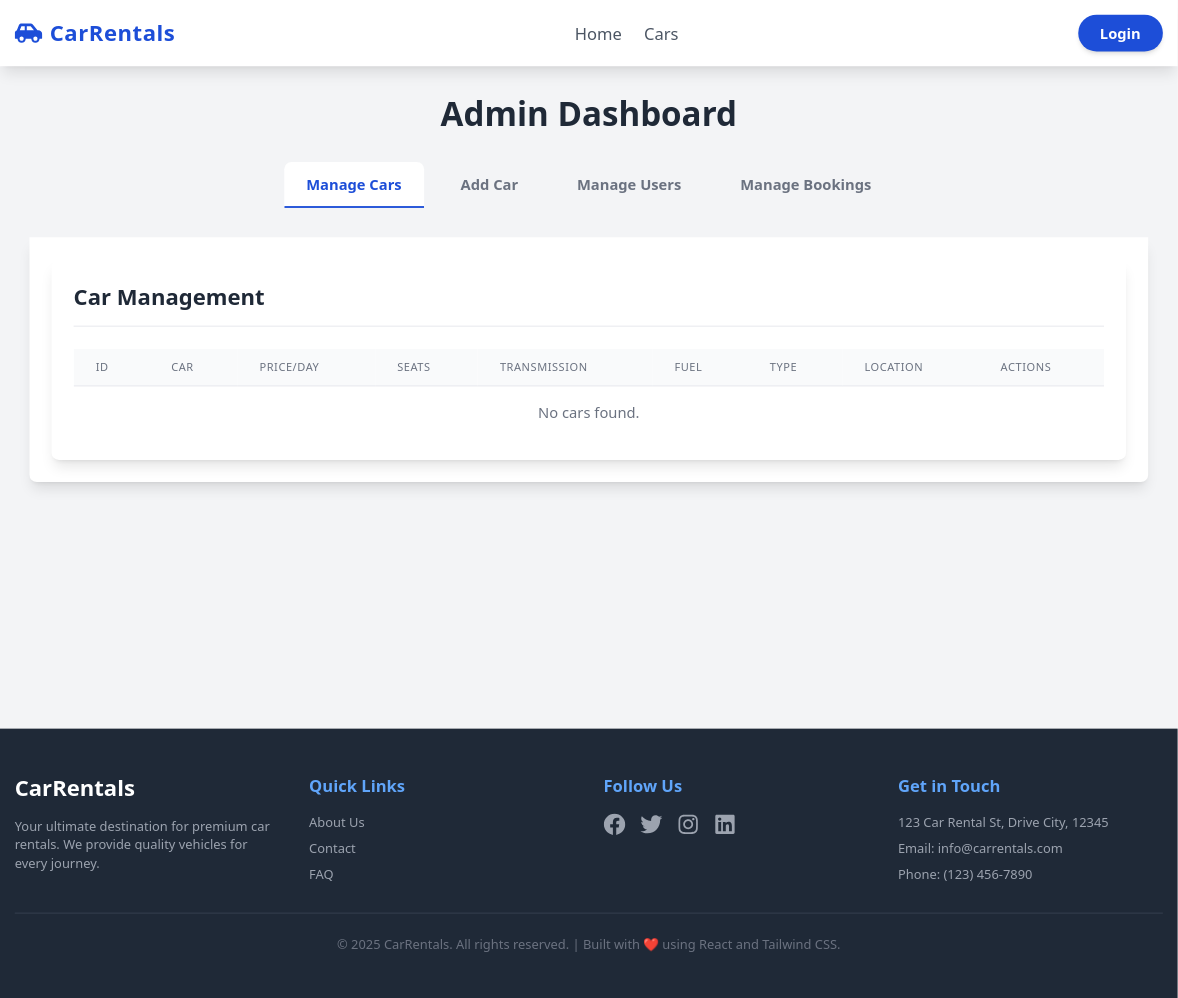
Repository: Daehy-peels/car-rental-app
Page: /admin (app in client/)
An editor plug-in stored every save of this project. The page is shown before and after the next save, followed by the edit.
The browser window is 1280 px wide. The pictures show the whole page, at 92% of full size.
The page's requests for data from a server got no answer. The project was rebuilt for these pictures with package versions that can differ from the ones it lists, and the page was loaded fresh each time. No one was signed in, and anything a server would have sent is missing. Also part of the build but not shown: client/vite.config.js, client/src/components/Hero.jsx, client/src/components/CarCard.jsx, client/src/components/FeaturedCars.jsx, client/src/components/Testimonials.jsx, client/src/components/CallToAction.jsx, client/src/pages/HomePage.jsx, client/src/components/UserList.jsx and 13 more.

Above is the page before, as saved 2025-08-25 12:32:01.

### client/src/main.jsx
// src/main.jsx
import React from "react";
import ReactDOM from "react-dom/client";
import App from "./App.jsx";
import { BrowserRouter } from "react-router-dom";

ReactDOM.createRoot(document.getElementById("root")).render(
  <React.StrictMode>
    <BrowserRouter>
      <App />
    </BrowserRouter>
  </React.StrictMode>
);

### client/src/App.jsx
// src/App.jsx
import React, { useState } from "react";
import { Routes, Route } from "react-router-dom";
import HomePage from "./pages/HomePage";
import AdminDashboard from "./pages/AdminDashboard";
import BookingPage from "./pages/BookingPage";
import CarsPage from "./pages/CarsPage";
import ProfilePage from "./pages/ProfilePage";
import BookingDetailPage from "./pages/BookingDetailPage";
import CarDetailPage from "./pages/CarDetailPage";
import AdminNavbar from "./components/AdminNavbar";
import Navbar from "./components/Navbar";
import Footer from "./components/Footer";
import Modal from "./components/Modal";
import LoginForm from "./components/LoginForm";
import RegisterForm from "./components/RegisterForm";
import mainCarImage from "./assets/hero.jpg";
import { ToastContainer } from "react-toastify";
import "react-toastify/dist/ReactToastify.css";
import "./index.css";

function App() {
  const [showAuthModal, setShowAuthModal] = useState(false);
  const [isLoginView, setIsLoginView] = useState(true);
  const [currentUser, setCurrentUser] = useState(null);

  const handleOpenAuthModal = () => {
    setShowAuthModal(true);
  };

  const handleCloseAuthModal = () => {
    setShowAuthModal(false);
  };

  const handleLoginSuccess = (user) => {
    setCurrentUser(user);
    setShowAuthModal(false);
  };

  const handleRegistrationSuccess = (user) => {
    setIsLoginView(true);
  };

  const handleLogout = () => {
    setCurrentUser(null);
  };

  return (
    <div className="flex flex-col min-h-screen bg-background">
      <Navbar
        onAuthClick={handleOpenAuthModal}
        currentUser={currentUser}
        onLogout={handleLogout}
      />
      <div className="flex-grow">
        <Routes>
          <Route
            path="/"
            element={
              <HomePage
                onAuthClick={handleOpenAuthModal}
                currentUser={currentUser}
              />
            }
          />
          <Route
            path="/cars"
            element={
              <CarsPage
                onAuthClick={handleOpenAuthModal}
                currentUser={currentUser}
              />
            }
          />
          {/* Corrected route to use the dedicated CarDetailPage component */}
          <Route
            path="/cars/:carId"
            element={
              <CarDetailPage
                onAuthClick={handleOpenAuthModal}
                currentUser={currentUser}
              />
            }
          />
          <Route
            path="/book/:carId"
            element={<BookingPage currentUser={currentUser} />}
          />
          <Route
            path="/profile"
            element={
              <ProfilePage
                currentUser={currentUser}
                setCurrentUser={setCurrentUser}
              />
            }
          />
          <Route
            path="/profile/bookings/:bookingId"
            element={<BookingDetailPage currentUser={currentUser} />}
          />
          <Route path="/admin" element={<AdminDashboard />} />
        </Routes>
      </div>
      <Footer />
      {showAuthModal && (
        <Modal onClose={handleCloseAuthModal}>
          <div className="flex flex-col md:flex-row bg-white rounded-lg overflow-hidden">
            <div className="p-8 md:p-10 w-full md:w-1/2 flex items-center justify-center">
              <div className="max-w-md mx-auto">
                <h1 className="text-3xl font-bold text-text mb-6 text-center">
                  {isLoginView ? "Log In" : "Create an Account"}
                </h1>
                {isLoginView ? (
                  <LoginForm onLoginSuccess={handleLoginSuccess} />
                ) : (
                  <RegisterForm
                    onRegistrationSuccess={handleRegistrationSuccess}
                  />
                )}
                <div className="text-center mt-6">
                  <button
                    onClick={() => setIsLoginView(!isLoginView)}
                    className="text-primary hover:underline"
                  >
                    {isLoginView
                      ? "Need an account? Register here."
                      : "Already have an account? Log in here."}
                  </button>
                </div>
              </div>
            </div>
            <div className="hidden md:block md:w-1/2">
              <img
                src={mainCarImage}
                alt="A stylish car"
                className="object-cover w-full h-full"
              />
            </div>
          </div>
        </Modal>
      )}
      <ToastContainer
        position="top-center"
        autoClose={3000}
        hideProgressBar={false}
        newestOnTop={false}
        closeOnClick
        rtl={false}
        pauseOnFocusLoss
        draggable
        pauseOnHover
      />
    </div>
  );
}

export default App;

### client/src/pages/AdminDashboard.jsx
// src/pages/AdminDashboard.jsx
import React, { useState } from "react";
import UserList from "../components/UserList";
import CarList from "../components/CarList";
import AddCarForm from "../components/AddCarForm";
import BookingList from "../components/BookingList"; // Import the new component

const AdminDashboard = () => {
  const [activeTab, setActiveTab] = useState("cars");

  const renderContent = () => {
    switch (activeTab) {
      case "cars":
        return <CarList />;
      case "addCar":
        return <AddCarForm />;
      case "users":
        return <UserList />;
      case "bookings": // New case for bookings
        return <BookingList />;
      default:
        return null;
    }
  };

  return (
    <div className="bg-gray-100 min-h-screen p-8">
      <div className="container mx-auto">
        <h1 className="text-4xl font-bold text-center text-gray-800 mb-8">
          Admin Dashboard
        </h1>

        {/* Tab Navigation */}
        <div className="flex justify-center space-x-4 mb-8">
          <button
            onClick={() => setActiveTab("cars")}
            className={`py-3 px-6 rounded-t-lg font-semibold transition-colors ${
              activeTab === "cars"
                ? "bg-white text-primary border-b-2 border-primary"
                : "text-gray-500 hover:text-gray-700"
            }`}
          >
            Manage Cars
          </button>
          <button
            onClick={() => setActiveTab("addCar")}
            className={`py-3 px-6 rounded-t-lg font-semibold transition-colors ${
              activeTab === "addCar"
                ? "bg-white text-primary border-b-2 border-primary"
                : "text-gray-500 hover:text-gray-700"
            }`}
          >
            Add Car
          </button>
          <button
            onClick={() => setActiveTab("users")}
            className={`py-3 px-6 rounded-t-lg font-semibold transition-colors ${
              activeTab === "users"
                ? "bg-white text-primary border-b-2 border-primary"
                : "text-gray-500 hover:text-gray-700"
            }`}
          >
            Manage Users
          </button>
          <button
            onClick={() => setActiveTab("bookings")} // New button for bookings
            className={`py-3 px-6 rounded-t-lg font-semibold transition-colors ${
              activeTab === "bookings"
                ? "bg-white text-primary border-b-2 border-primary"
                : "text-gray-500 hover:text-gray-700"
            }`}
          >
            Manage Bookings
          </button>
        </div>

        {/* Content based on active tab */}
        <div className="bg-white rounded-b-lg shadow-lg p-6">
          {renderContent()}
        </div>
      </div>
    </div>
  );
};

export default AdminDashboard;

### client/src/components/Footer.jsx
// src/components/Footer.jsx
import React from "react";
import { FaFacebook, FaTwitter, FaInstagram, FaLinkedin } from "react-icons/fa";

const Footer = () => {
  return (
    // Removed the mt-12 class
    <footer className="bg-text text-white py-12">
      <div className="container mx-auto px-4 text-center md:text-left">
        <div className="grid grid-cols-1 md:grid-cols-4 gap-8">
          {/* Logo and About Section */}
          <div className="col-span-1">
            <p className="text-2xl font-bold mb-4">CarRentals</p>
            <p className="text-sm text-gray-400">
              Your ultimate destination for premium car rentals. We provide
              quality vehicles for every journey.
            </p>
          </div>

          {/* Quick Links */}
          <div className="col-span-1">
            <h4 className="text-lg font-semibold mb-4 text-accent">
              Quick Links
            </h4>
            <ul className="space-y-2 text-sm">
              <li>
                <a
                  href="#"
                  className="text-gray-400 hover:text-white transition-colors"
                >
                  About Us
                </a>
              </li>
              <li>
                <a
                  href="#"
                  className="text-gray-400 hover:text-white transition-colors"
                >
                  Contact
                </a>
              </li>
              <li>
                <a
                  href="#"
                  className="text-gray-400 hover:text-white transition-colors"
                >
                  FAQ
                </a>
              </li>
            </ul>
          </div>

          {/* Social Media Links */}
          <div className="col-span-1">
            <h4 className="text-lg font-semibold mb-4 text-accent">
              Follow Us
            </h4>
            <div className="flex justify-center md:justify-start space-x-4">
              <a
                href="#"
                className="text-gray-400 hover:text-white transition-colors transform hover:scale-110"
              >
                <FaFacebook size={24} />
              </a>
              <a
                href="#"
                className="text-gray-400 hover:text-white transition-colors transform hover:scale-110"
              >
                <FaTwitter size={24} />
              </a>
              <a
                href="#"
                className="text-gray-400 hover:text-white transition-colors transform hover:scale-110"
              >
                <FaInstagram size={24} />
              </a>
              <a
                href="#"
                className="text-gray-400 hover:text-white transition-colors transform hover:scale-110"
              >
                <FaLinkedin size={24} />
              </a>
            </div>
          </div>

          {/* Contact Info */}
          <div className="col-span-1">
            <h4 className="text-lg font-semibold mb-4 text-accent">
              Get in Touch
            </h4>
            <p className="text-sm text-gray-400">
              123 Car Rental St, Drive City, 12345
            </p>
            <p className="text-sm text-gray-400 mt-2">
              Email: info@carrentals.com
            </p>
            <p className="text-sm text-gray-400 mt-2">Phone: (123) 456-7890</p>
          </div>
        </div>

        <div className="border-t border-gray-700 mt-8 pt-6">
          <p className="text-sm text-gray-500 text-center">
            &copy; {new Date().getFullYear()} CarRentals. All rights reserved. |
            Built with ❤️ using React and Tailwind CSS.
          </p>
        </div>
      </div>
    </footer>
  );
};

export default Footer;

### client/src/index.css
/* client/src/index.css */
@tailwind base;
@tailwind components;
@tailwind utilities;

### client/src/components/AdminNavbar.jsx
// src/components/AdminNavbar.jsx
import React from "react";
import { Link, NavLink } from "react-router-dom";
import { FaCar, FaUsers, FaClipboardList, FaSignOutAlt } from "react-icons/fa";

const AdminNavbar = ({ currentUser, onLogout }) => {
  return (
    <nav className="bg-gray-800 text-white shadow-lg sticky top-0 z-50">
      <div className="container mx-auto px-4 py-3 flex justify-between items-center">
        <div className="flex items-center space-x-4">
          <Link to="/admin" className="text-xl font-bold tracking-wide">
            Admin Dashboard
          </Link>
          <div className="hidden md:flex items-center space-x-6">
            <NavLink
              to="/admin/cars"
              className={({ isActive }) =>
                `flex items-center space-x-1 hover:text-primary transition-colors ${
                  isActive ? "text-primary" : ""
                }`
              }
            >
              <FaCar />
              <span>Cars</span>
            </NavLink>
            <NavLink
              to="/admin/users"
              className={({ isActive }) =>
                `flex items-center space-x-1 hover:text-primary transition-colors ${
                  isActive ? "text-primary" : ""
                }`
              }
            >
              <FaUsers />
              <span>Users</span>
            </NavLink>
            <NavLink
              to="/admin/bookings"
              className={({ isActive }) =>
                `flex items-center space-x-1 hover:text-primary transition-colors ${
                  isActive ? "text-primary" : ""
                }`
              }
            >
              <FaClipboardList />
              <span>Bookings</span>
            </NavLink>
          </div>
        </div>
        <div className="flex items-center space-x-4">
          <span className="text-sm font-medium text-gray-300">
            {currentUser?.username}
          </span>
          <button
            onClick={onLogout}
            className="flex items-center space-x-1 bg-red-500 hover:bg-red-600 px-3 py-1 rounded-md transition-colors"
          >
            <FaSignOutAlt />
            <span>Logout</span>
          </button>
        </div>
      </div>
    </nav>
  );
};

export default AdminNavbar;

Loaded but not shown: client/index.html (common file); client/src/services/api.js (336 lines, source omitted); client/tailwind.config.js (63 lines, source omitted); client/src/components/CarList.jsx (269 lines, source omitted); client/src/components/Navbar.jsx (174 lines, source omitted)

After the next save:
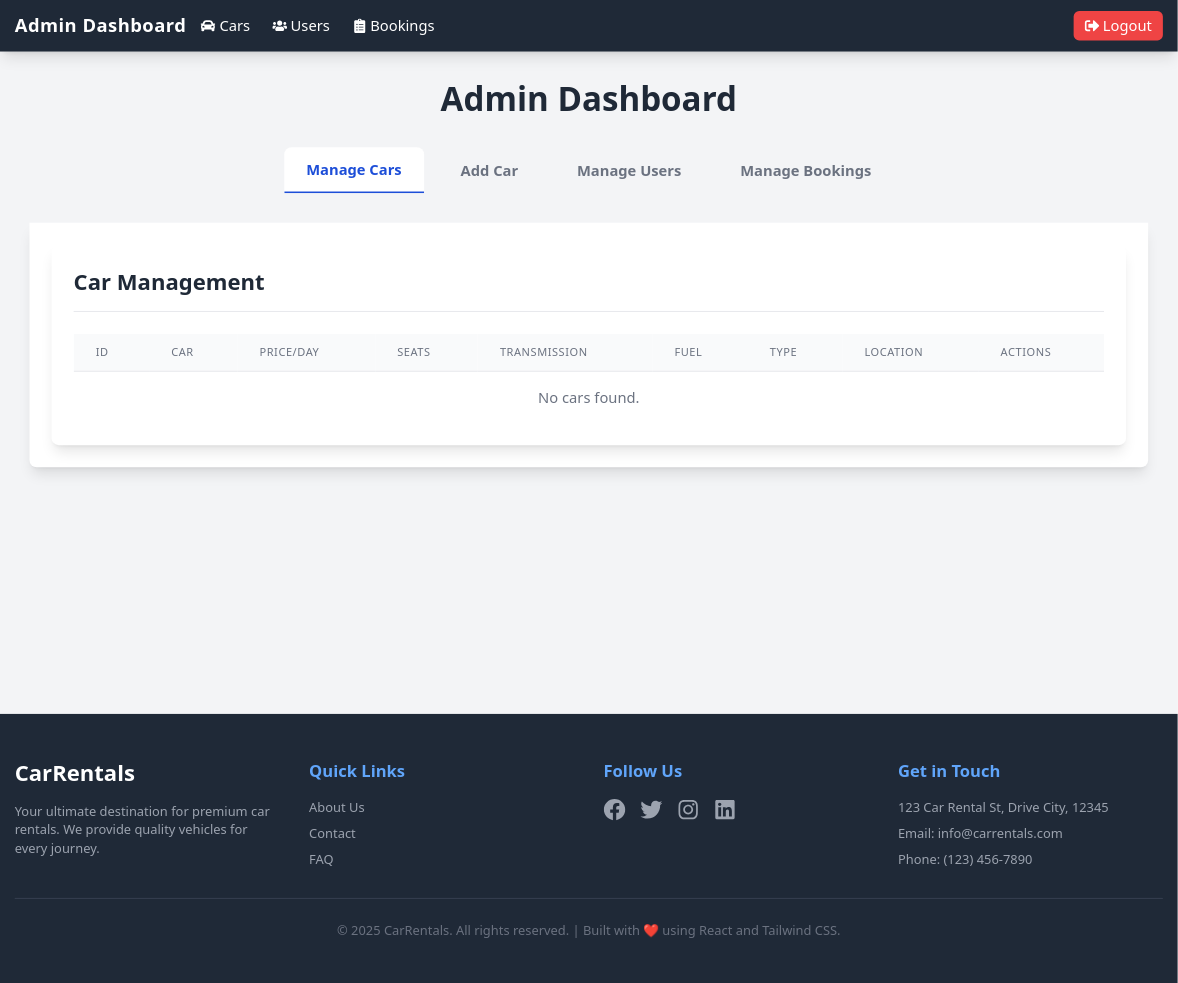
Saved 16 s later.
--- a/client/src/App.jsx
+++ b/client/src/App.jsx
@@ -1,6 +1,6 @@
 // src/App.jsx
 import React, { useState } from "react";
-import { Routes, Route } from "react-router-dom";
+import { Routes, Route, useLocation } from "react-router-dom";
 import HomePage from "./pages/HomePage";
 import AdminDashboard from "./pages/AdminDashboard";
 import BookingPage from "./pages/BookingPage";
@@ -8,8 +8,8 @@ import CarsPage from "./pages/CarsPage";
 import ProfilePage from "./pages/ProfilePage";
 import BookingDetailPage from "./pages/BookingDetailPage";
 import CarDetailPage from "./pages/CarDetailPage";
-import AdminNavbar from "./components/AdminNavbar";
 import Navbar from "./components/Navbar";
+import AdminNavbar from "./components/AdminNavbar"; // Import the new AdminNavbar
 import Footer from "./components/Footer";
 import Modal from "./components/Modal";
 import LoginForm from "./components/LoginForm";
@@ -23,6 +23,10 @@ function App() {
   const [showAuthModal, setShowAuthModal] = useState(false);
   const [isLoginView, setIsLoginView] = useState(true);
   const [currentUser, setCurrentUser] = useState(null);
+  const location = useLocation(); // Get the current location
+
+  // Check if the current path is an admin route
+  const isAdminRoute = location.pathname.startsWith("/admin");
 
   const handleOpenAuthModal = () => {
     setShowAuthModal(true);
@@ -47,11 +51,16 @@ function App() {
 
   return (
     <div className="flex flex-col min-h-screen bg-background">
-      <Navbar
-        onAuthClick={handleOpenAuthModal}
-        currentUser={currentUser}
-        onLogout={handleLogout}
-      />
+      {/* Conditionally render the navbar */}
+      {isAdminRoute ? (
+        <AdminNavbar currentUser={currentUser} onLogout={handleLogout} />
+      ) : (
+        <Navbar
+          onAuthClick={handleOpenAuthModal}
+          currentUser={currentUser}
+          onLogout={handleLogout}
+        />
+      )}
       <div className="flex-grow">
         <Routes>
           <Route
@@ -72,7 +81,6 @@ function App() {
               />
             }
           />
-          {/* Corrected route to use the dedicated CarDetailPage component */}
           <Route
             path="/cars/:carId"
             element={
@@ -99,7 +107,10 @@ function App() {
             path="/profile/bookings/:bookingId"
             element={<BookingDetailPage currentUser={currentUser} />}
           />
-          <Route path="/admin" element={<AdminDashboard />} />
+          <Route
+            path="/admin"
+            element={<AdminDashboard currentUser={currentUser} />}
+          />
         </Routes>
       </div>
       <Footer />
